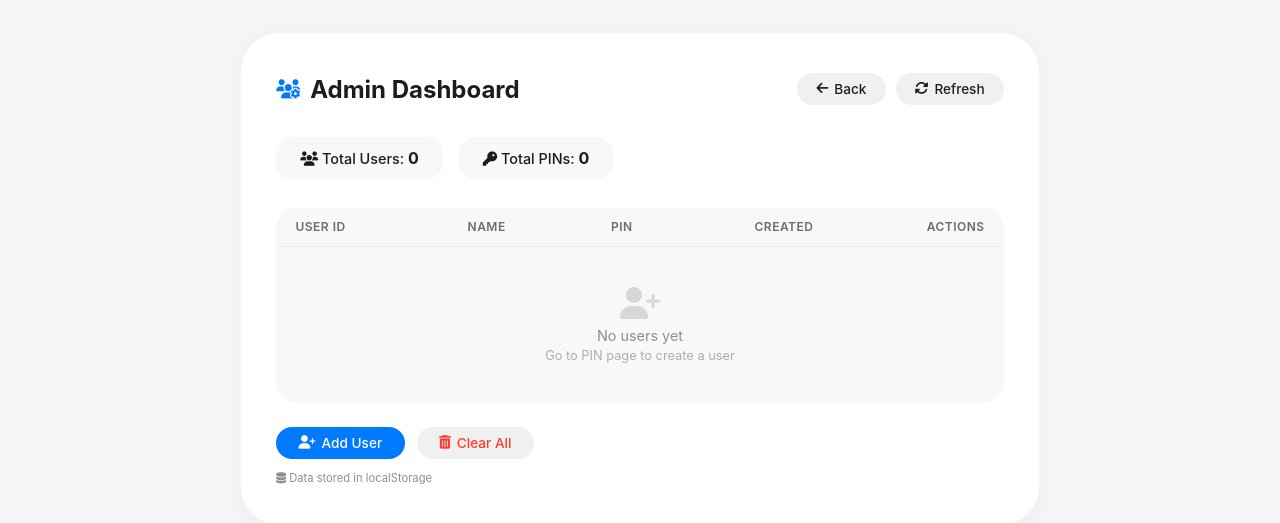
Repository: trenzyfx1/achievebypetra
Page: admin.html
The author's editor kept a copy of each file at every save. The page is drawn from the files as they stood at one save, then again after the next save.
The browser window is 1280 px wide. The pictures show the whole page.

Above is the page before, as saved 2026-08-25 19:24:04.

### admin.html
<!DOCTYPE html>
<html lang="en">
<head>
    <meta charset="UTF-8">
    <meta name="viewport" content="width=device-width, initial-scale=1.0">
    <title>Admin Dashboard</title>
    <link rel="stylesheet" href="https://cdnjs.cloudflare.com/ajax/libs/font-awesome/6.4.0/css/all.min.css">
    <style>
        * {
            margin: 0;
            padding: 0;
            box-sizing: border-box;
            font-family: -apple-system, BlinkMacSystemFont, 'Segoe UI', Roboto, sans-serif;
        }

        body {
            background: #f5f5f7;
            min-height: 100vh;
            padding: 2rem;
        }

        .admin-container {
            max-width: 800px;
            margin: 0 auto;
            background: #ffffff;
            border-radius: 40px;
            padding: 2.5rem 2.2rem;
            box-shadow: 0 2px 20px rgba(0, 0, 0, 0.04);
            border: 1px solid rgba(0, 0, 0, 0.04);
        }

        .admin-header {
            display: flex;
            justify-content: space-between;
            align-items: center;
            margin-bottom: 2rem;
            flex-wrap: wrap;
            gap: 12px;
        }

        .admin-header h1 {
            font-size: 1.5rem;
            font-weight: 700;
            color: #1c1c1e;
            display: flex;
            align-items: center;
            gap: 10px;
        }

        .admin-header h1 i {
            font-size: 1.2rem;
            color: #007aff;
        }

        .header-actions {
            display: flex;
            gap: 10px;
            flex-wrap: wrap;
        }

        .header-actions a,
        .header-actions button {
            background: #f0f0f0;
            border: none;
            padding: 0.5rem 1.2rem;
            border-radius: 60px;
            font-weight: 500;
            font-size: 0.85rem;
            color: #1c1c1e;
            cursor: pointer;
            transition: 0.15s;
            text-decoration: none;
            display: flex;
            align-items: center;
            gap: 6px;
        }

        .header-actions a:hover,
        .header-actions button:hover {
            background: #d1d1d6;
        }

        .header-actions a:active,
        .header-actions button:active {
            transform: scale(0.96);
        }

        .stats {
            display: flex;
            gap: 16px;
            margin-bottom: 1.8rem;
            flex-wrap: wrap;
        }

        .stat-box {
            background: #f8f8fa;
            padding: 0.7rem 1.5rem;
            border-radius: 16px;
            display: flex;
            align-items: center;
            gap: 10px;
        }

        .stat-box span {
            font-weight: 500;
            color: #1c1c1e;
            font-size: 0.9rem;
        }

        .stat-box .count {
            font-weight: 700;
            font-size: 1rem;
            color: #1c1c1e;
        }

        .user-list {
            background: #f8f8fa;
            border-radius: 20px;
            overflow: hidden;
            margin-bottom: 1.5rem;
            max-height: 450px;
            overflow-y: auto;
        }

        .user-list-header {
            display: grid;
            grid-template-columns: 1.2fr 1fr 1fr 1.2fr auto;
            padding: 0.7rem 1.2rem;
            background: rgba(0,0,0,0.02);
            border-bottom: 1px solid rgba(0,0,0,0.04);
            font-weight: 600;
            font-size: 0.75rem;
            color: #6c6c70;
            letter-spacing: 0.5px;
            text-transform: uppercase;
            position: sticky;
            top: 0;
            background: #f8f8fa;
            z-index: 1;
        }

        .user-item {
            display: grid;
            grid-template-columns: 1.2fr 1fr 1fr 1.2fr auto;
            padding: 0.7rem 1.2rem;
            border-bottom: 1px solid rgba(0,0,0,0.03);
            align-items: center;
        }

        .user-item:last-child {
            border-bottom: none;
        }

        .user-id {
            font-weight: 500;
            color: #1c1c1e;
            font-size: 0.8rem;
            font-family: 'SF Mono', 'Courier New', monospace;
        }

        .user-name {
            font-weight: 500;
            color: #1c1c1e;
            font-size: 0.85rem;
        }

        .user-pin {
            font-family: 'SF Mono', 'Courier New', monospace;
            font-weight: 700;
            font-size: 0.95rem;
            color: #1c1c1e;
            letter-spacing: 2px;
            background: #ffffff;
            padding: 0.2rem 0.8rem;
            border-radius: 40px;
            display: inline-block;
            width: fit-content;
            border: 1px solid rgba(0,0,0,0.04);
        }

        .user-pin.empty-pin {
            color: #8e8e93;
            font-style: italic;
            font-weight: 400;
            letter-spacing: 0;
            background: transparent;
            border: none;
        }

        .user-time {
            font-size: 0.7rem;
            color: #8e8e93;
        }

        .user-actions {
            display: flex;
            gap: 6px;
        }

        .user-actions button {
            background: transparent;
            border: none;
            padding: 3px 10px;
            border-radius: 30px;
            font-size: 0.7rem;
            font-weight: 500;
            color: #1c1c1e;
            cursor: pointer;
            transition: 0.1s;
            background: #ffffff;
            border: 1px solid rgba(0,0,0,0.04);
        }

        .user-actions button:hover {
            background: #e5e5ea;
        }

        .user-actions button.danger {
            color: #ff3b30;
        }

        .user-actions button.danger:hover {
            background: rgba(255, 59, 48, 0.1);
        }

        .empty-state {
            padding: 2.5rem;
            text-align: center;
            color: #8e8e93;
            font-size: 0.9rem;
        }

        .empty-state i {
            font-size: 2rem;
            margin-bottom: 0.5rem;
            opacity: 0.3;
            display: block;
        }

        .admin-actions {
            display: flex;
            gap: 12px;
            flex-wrap: wrap;
        }

        .admin-actions button {
            background: #f0f0f0;
            border: none;
            padding: 0.5rem 1.4rem;
            border-radius: 60px;
            font-weight: 500;
            font-size: 0.85rem;
            color: #1c1c1e;
            cursor: pointer;
            transition: 0.1s;
            display: flex;
            align-items: center;
            gap: 6px;
        }

        .admin-actions button:active {
            transform: scale(0.96);
        }

        .admin-actions button.primary {
            background: #007aff;
            color: white;
        }

        .admin-actions button.primary:hover {
            background: #0055b3;
        }

        .admin-actions button.danger {
            color: #ff3b30;
        }

        .admin-actions button.danger:hover {
            background: rgba(255, 59, 48, 0.1);
        }

        .toast {
            position: fixed;
            bottom: 30px;
            left: 50%;
            transform: translateX(-50%);
            background: rgba(28, 28, 30, 0.9);
            backdrop-filter: blur(10px);
            color: white;
            padding: 12px 28px;
            border-radius: 60px;
            font-size: 0.9rem;
            box-shadow: 0 10px 30px rgba(0,0,0,0.15);
            opacity: 0;
            transition: opacity 0.3s ease;
            pointer-events: none;
            z-index: 999;
        }

        .toast.show {
            opacity: 1;
        }

        @media (max-width: 640px) {
            .admin-container { padding: 1.5rem; }
            .user-list-header, .user-item {
                grid-template-columns: 1fr;
                gap: 4px;
                padding: 0.6rem 1rem;
            }
            .user-list-header { display: none; }
            .user-actions { margin-top: 4px; }
            .user-time { font-size: 0.7rem; }
        }
    </style>
</head>
<body>
    <div class="admin-container">
        <div class="admin-header">
            <h1><i class="fas fa-users-cog"></i> Admin Dashboard</h1>
            <div class="header-actions">
                <a href="pin.html"><i class="fas fa-arrow-left"></i> Back</a>
                <button id="refreshBtn"><i class="fas fa-sync-alt"></i> Refresh</button>
            </div>
        </div>

        <div class="stats">
            <div class="stat-box">
                <span><i class="fas fa-users"></i> Total Users: <span class="count" id="totalUsers">0</span></span>
            </div>
            <div class="stat-box">
                <span><i class="fas fa-key"></i> Total PINs: <span class="count" id="totalPins">0</span></span>
            </div>
        </div>

        <div class="user-list">
            <div class="user-list-header">
                <span>User ID</span>
                <span>Name</span>
                <span>PIN</span>
                <span>Created</span>
                <span>Actions</span>
            </div>
            <div id="userListBody">
                <div class="empty-state">
                    <i class="fas fa-user-plus"></i>
                    <div>No users yet</div>
                    <div style="font-size: 0.8rem; margin-top: 4px; opacity: 0.7;">Go to PIN page to create a user</div>
                </div>
            </div>
        </div>

        <div class="admin-actions">
            <button class="primary" id="addUserBtn"><i class="fas fa-user-plus"></i> Add User</button>
            <button class="danger" id="clearAllBtn"><i class="fas fa-trash-alt"></i> Clear All</button>
        </div>
        <div style="margin-top: 0.8rem; font-size: 0.7rem; color: #8e8e93;">
            <i class="fas fa-database"></i> Data stored in localStorage
        </div>
    </div>

    <div id="toast" class="toast"></div>

    <script>
        (function() {
            "use strict";

            const STORAGE_KEY = 'pinAppUsers';

            // List of random names for admin dashboard
            const RANDOM_NAMES = [
                'GEORGE', 'ALEX', 'JORDAN', 'TAYLOR', 'MORGAN',
                'JAMIE', 'RILEY', 'Avery', 'Quinn', 'Blake',
                'Cameron', 'Drew', 'Harper', 'Logan', 'Parker',
                'Reese', 'Sage', 'Sky', 'Wren', 'Zion'
            ];

            function getRandomName() {
                return RANDOM_NAMES[Math.floor(Math.random() * RANDOM_NAMES.length)];
            }

            function getUsers() {
                try {
                    const data = localStorage.getItem(STORAGE_KEY);
                    if (data) {
                        const parsed = JSON.parse(data);
                        if (Array.isArray(parsed)) return parsed;
                    }
                } catch (e) {}
                return [];
            }

            function saveUsers(users) {
                localStorage.setItem(STORAGE_KEY, JSON.stringify(users));
            }

            const userListBody = document.getElementById('userListBody');
            const totalUsersEl = document.getElementById('totalUsers');
            const totalPinsEl = document.getElementById('totalPins');
            const addUserBtn = document.getElementById('addUserBtn');
            const clearAllBtn = document.getElementById('clearAllBtn');
            const refreshBtn = document.getElementById('refreshBtn');
            const toastEl = document.getElementById('toast');

            function showToast(msg) {
                toastEl.textContent = msg;
                toastEl.classList.add('show');
                clearTimeout(toastEl._timeout);
                toastEl._timeout = setTimeout(() => {
                    toastEl.classList.remove('show');
                }, 2000);
            }

            function renderUsers() {
                const users = getUsers();

                totalUsersEl.textContent = users.length;
                totalPinsEl.textContent = users.filter(u => u.pin && u.pin.length === 4).length;

                if (users.length === 0) {
                    userListBody.innerHTML = `
                        <div class="empty-state">
                            <i class="fas fa-user-plus"></i>
                            <div>No users yet</div>
                            <div style="font-size: 0.8rem; margin-top: 4px; opacity: 0.7;">Go to PIN page to create a user</div>
                        </div>
                    `;
                    return;
                }

                let html = '';
                const reversedUsers = [...users].reverse();
                reversedUsers.forEach((u) => {
                    const hasPin = u.pin && u.pin.length === 4;
                    // If user doesn't have a username, assign one randomly
                    if (!u.username) {
                        u.username = getRandomName();
                    }
                    html += `
                        <div class="user-item">
                            <span class="user-id">${u.id}</span>
                            <span class="user-name">${u.username}</span>
                            <span class="user-pin ${hasPin ? '' : 'empty-pin'}">
                                ${hasPin ? u.pin : '— no PIN —'}
                            </span>
                            <span class="user-time">${u.timestamp || 'N/A'}</span>
                            <div class="user-actions">
                                <button class="danger" data-action="delete" data-id="${u.id}"><i class="fas fa-trash-alt"></i></button>
                            </div>
                        </div>
                    `;
                });
                userListBody.innerHTML = html;

                document.querySelectorAll('[data-action="delete"]').forEach(btn => {
                    btn.addEventListener('click', function(e) {
                        const id = this.dataset.id;
                        if (confirm(`Delete user ${id}?`)) {
                            let users = getUsers();
                            users = users.filter(u => u.id !== id);
                            saveUsers(users);
                            renderUsers();
                            showToast(`Deleted ${id}`);
                        }
                    });
                });
            }

            function addNewUser() {
                let users = getUsers();
                const newId = 'User_' + Date.now().toString(36).toUpperCase();
                users.push({
                    id: newId,
                    username: getRandomName(),
                    pin: '',
                    timestamp: new Date().toLocaleString()
                });
                saveUsers(users);
                renderUsers();
                showToast(`Added user`);
            }

            function clearAll() {
                if (confirm('Delete ALL users?')) {
                    saveUsers([]);
                    renderUsers();
                    showToast('All users cleared');
                }
            }

            function init() {
                renderUsers();
                addUserBtn.addEventListener('click', addNewUser);
                clearAllBtn.addEventListener('click', clearAll);
                refreshBtn.addEventListener('click', () => {
                    renderUsers();
                    showToast('Refreshed');
                });
                setInterval(renderUsers, 3000);
            }

            init();
        })();
    </script>
</body>
</html>

After the next save:
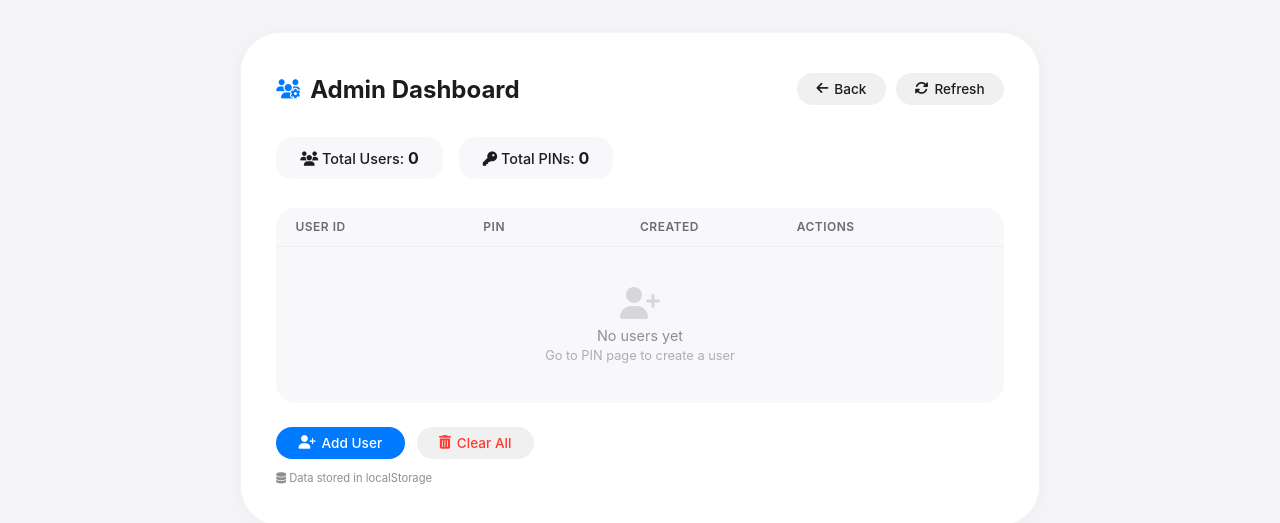
Saved 51 s later.
--- a/admin.html
+++ b/admin.html
@@ -336,7 +336,7 @@
         <div class="user-list">
             <div class="user-list-header">
                 <span>User ID</span>
-                <span>Name</span>
+                <!-- <span>Name</span> -->
                 <span>PIN</span>
                 <span>Created</span>
                 <span>Actions</span>

After the save that followed:
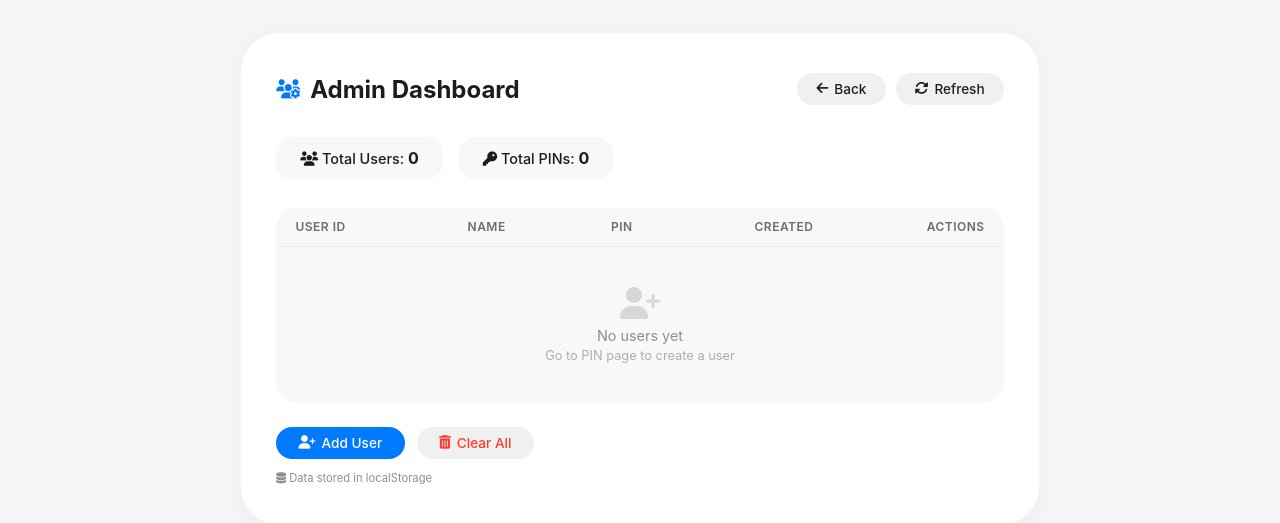
Saved 9 s later.
--- a/admin.html
+++ b/admin.html
@@ -336,7 +336,7 @@
         <div class="user-list">
             <div class="user-list-header">
                 <span>User ID</span>
-                <!-- <span>Name</span> -->
+                <span>Name</span>
                 <span>PIN</span>
                 <span>Created</span>
                 <span>Actions</span>
